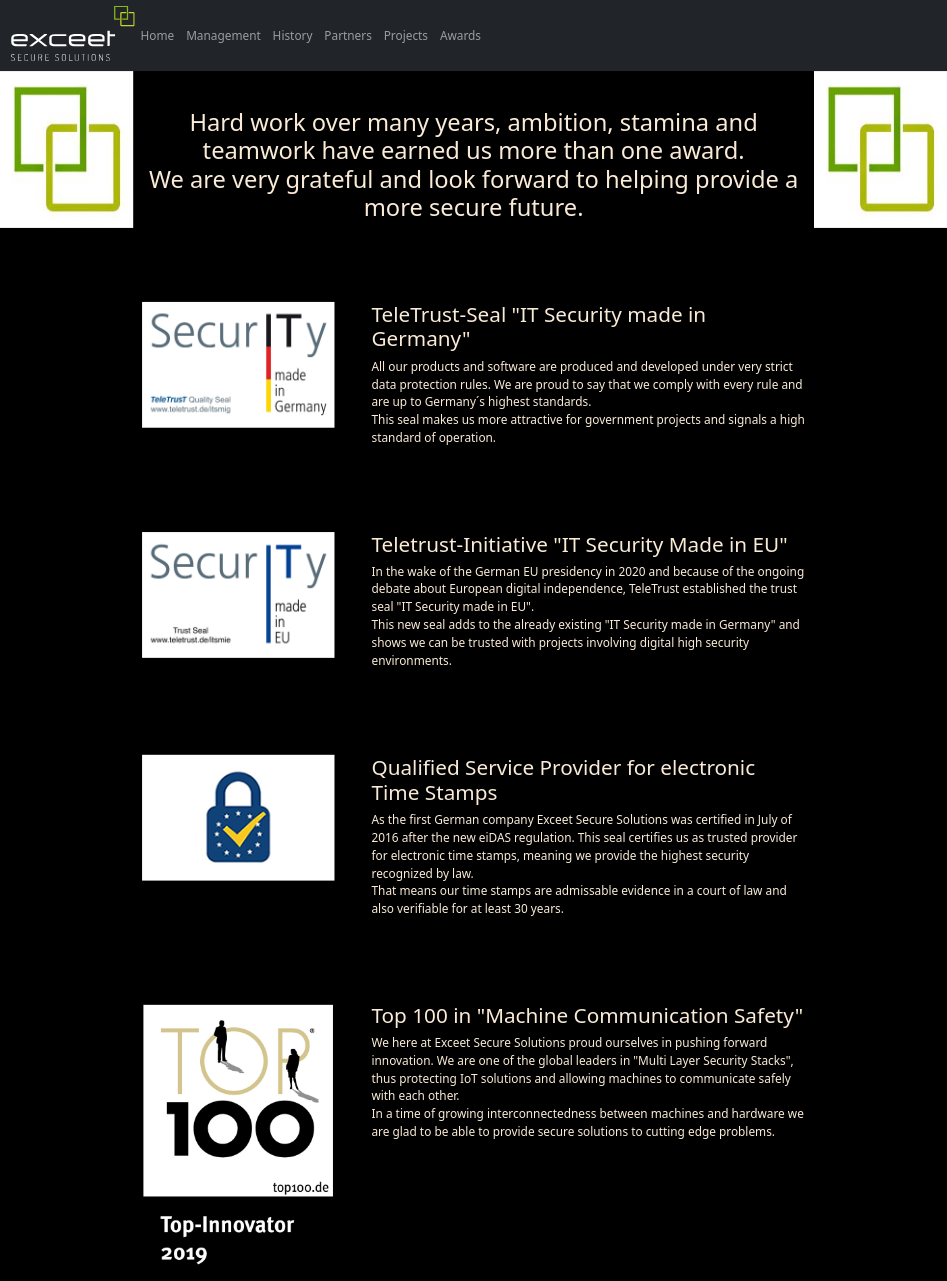
Repository: Hoooly2/EnglishProjectWebsite
Page: Exceet-Website/certificationsAwards.html
The author's editor kept a copy of each file at every save. The page is drawn from the files as they stood at one save, then again after the next save.
The browser window is 1280 px wide. The pictures show the whole page, at 74% of full size.

Above is the page before, as saved 2021-10-24 00:03:20.

### Exceet-Website/certificationsAwards.html
<!DOCTYPE html>
<html lang="en">
<head>
    <meta charset="UTF-8">
    <meta http-equiv="X-UA-Compatible" content="IE=edge">
    <meta name="viewport" content="width=device-width, initial-scale=1.0">
    <title>exceet secure solutions</title>

    <link href="https://cdn.jsdelivr.net/npm/bootstrap@5.1.1/dist/css/bootstrap.min.css" rel="stylesheet" integrity="sha384-F3w7mX95PdgyTmZZMECAngseQB83DfGTowi0iMjiWaeVhAn4FJkqJByhZMI3AhiU" crossorigin="anonymous">
    <script src="https://cdn.jsdelivr.net/npm/bootstrap@5.1.1/dist/js/bootstrap.bundle.min.js" integrity="sha384-/bQdsTh/da6pkI1MST/rWKFNjaCP5gBSY4sEBT38Q/9RBh9AH40zEOg7Hlq2THRZ" crossorigin="anonymous"></script>
    <link rel="stylesheet" href="styles.css">
</head>
<body>
  <nav class="navbar navbar-expand-lg navbar-dark bg-dark">
      <div class="container-fluid ">
          <img src="logo.svg" class="logo logo-light" alt="exceet Group" style="height: 80px;">
        </button>
        <div class="collapse navbar-collapse" id="navbarScroll">
          <ul class="navbar-nav me-auto my-2 my-lg-0 navbar-nav-scroll" style="--bs-scroll-height: 100px;">
            <li class="nav-item">
              <a class="nav-link" aria-current="page" href="index.html">Home</a>
            </li>

            <li class="nav-item">
              <a class="nav-link" aria-current="page" href="management.html">Management</a>
            </li>

            <li class="nav-item">
              <a class="nav-link" aria-current="page" href="history.html">History</a>
            </li>

            <li class="nav-item">
              <a class="nav-link" aria-current="page" href="partner.html">Partners</a>
            </li>

            <li class="nav-item active">
              <a class="nav-link" aria-current="page" href="projects.html">Projects</a>
            </li>

            <li class="nav-item">
              <a class="nav-link" aria-current="page" href="certificationsAwards.html">Awards</a>
            </li>
          </ul>
      </div>
    </nav>

    <div>
      <div id="awardsHeader" style="display: flex;">
        <img src="./certificateAssets/exceet-logo.png" alt="Exceet-Logo">
        <h2 style="color: antiquewhite; margin-top: 50px; margin-left: 1%; margin-right: 1%; text-align: center;">
          Hard work over many years, ambition, stamina and teamwork have earned us more than one award. <br>
          We are very grateful and look forward to helping provide a more secure future.
        </h2>
        <img src="./certificateAssets/exceet-logo.png" alt="Exceet-Logo">
      </div>
      <div id="certificateWrapper" style="margin-left: 15%; margin-right: 15%;margin-top: 100px;">
        <div id="qualityCertificate" style="display: flex;">
          <div id="certificateImage">
            <img src="./certificateAssets/GermanSecuritySeal.jpg" alt="German Security Seal" style="height: 170px; width: 260px;">
          </div>
          <div id="certificateTextWrapper" style="margin-left:50px;">
            <h3 id="certificateHeader" class="certificateHeader">TeleTrust-Seal "IT Security made in Germany"</h3>
            <p id="certificateText" class="certificateText">
              All our products and software are produced and developed under very strict data protection rules. We are proud
              to say that we comply with every rule and are up to Germany´s highest standards. <br>
              This seal makes us more attractive for government projects and signals a high standard of operation.
            </p>
          </div>
        </div>

        <div id="teletrustCertificate" style="display: flex; margin-top: 100px;">
          <div id="certificateImage">
            <img src="./certificateAssets/IT_Sec_EU_logo.jpg" alt="German Security Seal" style="height: 170px; width: 260px;">
          </div>
          <div id="certificateTextWrapper" style="margin-left:50px;">
            <h3 id="certificateHeader" class="certificateHeader">Teletrust-Initiative "IT Security Made in EU"</h3>
            <p id="certificateText" class="certificateText">
              In the wake of the German EU presidency in 2020 and because of the ongoing debate about European digital
              independence, TeleTrust established the trust seal "IT Security made in EU". <br>
              This new seal adds to the already existing "IT Security made in Germany" and shows we can be trusted with
              projects involving digital high security environments.
            </p>
          </div>
        </div>

        <div id="qualifiedCertificate" style="display: flex; margin-top: 100px;">
          <div id="certificateImage">
            <img src="./certificateAssets/eu_trustmark_logo_quer_204x136.jpg" alt="German Security Seal" style="height: 170px; width: 260px;">
          </div>
          <div id="certificateTextWrapper" style="margin-left:50px;">
            <h3 id="certificateHeader" class="certificateHeader">Qualified Service Provider for electronic Time Stamps</h3>
            <p id="certificateText" class="certificateText">
              As the first German company Exceet Secure Solutions was certified in July of 2016 after the new eiDAS regulation.
              This seal certifies us as trusted provider for electronic time stamps, meaning we provide the highest security recognized by law. <br>
              That means our time stamps are admissable evidence in a court of law and also verifiable for at least 30 years.
            </p>
          </div>
        </div>

        <div id="top100Certificate" style="display: flex; margin-top: 100px;">
          <div id="certificateImage">
            <img src="./certificateAssets/csm_T100_19_Member_102628750b.jpg" alt="German Security Seal" style="height: 375px; width: 260px;">
          </div>
          <div id="certificateTextWrapper" style="margin-left:50px;">
            <h3 id="certificateHeader" class="certificateHeader">Top 100 in "Machine Communication Safety"</h3>
            <p id="certificateText" class="certificateText">
              We here at Exceet Secure Solutions proud ourselves in pushing forward innovation. We are one of the global leaders in
              "Multi Layer Security Stacks", thus protecting IoT solutions and allowing machines to communicate safely with each other. <br>
              In a time of growing interconnectedness between machines and hardware we are glad to be able to provide secure solutions to cutting edge problems.
            </p>
          </div>
        </div>
      </div>
    </div>
</body>
</html>

### Exceet-Website/styles.css
body{
    background-color: black;
}

@media all and (min-width: 992px) {
	.navbar .nav-item .dropdown-menu{ display: none; }
	.navbar .nav-item:hover .nav-link{   }
	.navbar .nav-item:hover .dropdown-menu{ display: block; }
	.navbar .nav-item .dropdown-menu{ margin-top:0; }
}

.contrainer-fluid{
	margin-left: 40px;
	margin-right: 40px;
}

.partnerRow {
	display:flex;
}

.btn-primary {
	visibility: hidden;
}
.card {
	border-width: 6px;
}

.card:hover .btn-primary {
	visibility: visible;
}
.card:hover {
	border-color:yellow;
}
.certificateHeader {
	color: antiquewhite;
}

.certificateText {
	color:antiquewhite;
}

After the next save:
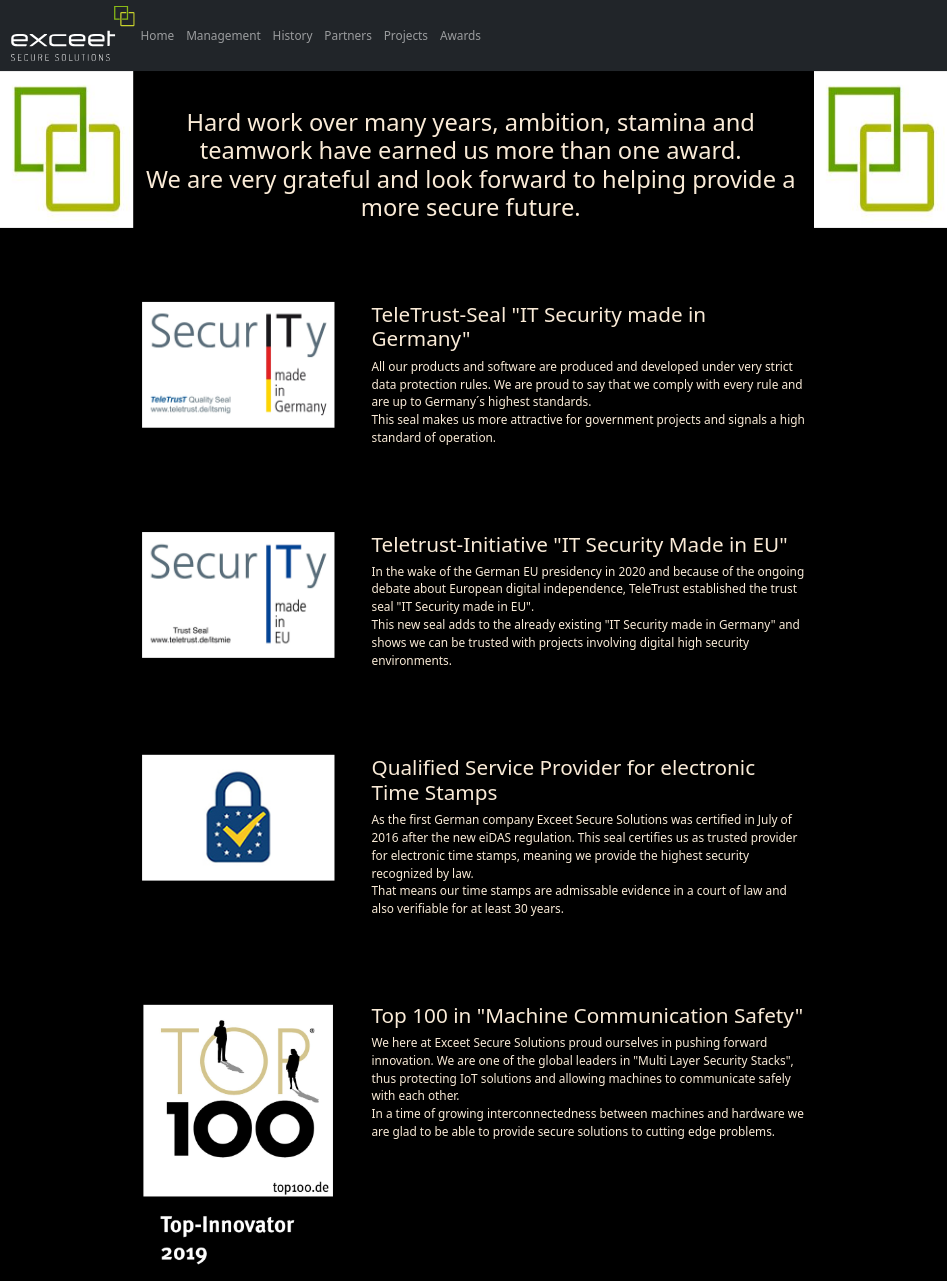
Saved 7 s later.
--- a/Exceet-Website/certificationsAwards.html
+++ b/Exceet-Website/certificationsAwards.html
@@ -47,7 +47,7 @@
     <div>
       <div id="awardsHeader" style="display: flex;">
         <img src="./certificateAssets/exceet-logo.png" alt="Exceet-Logo">
-        <h2 style="color: antiquewhite; margin-top: 50px; margin-left: 1%; margin-right: 1%; text-align: center;">
+        <h2 style="color: antiquewhite; margin-top: 50px; margin-left: 5px; margin-right: 1%; text-align: center;">
           Hard work over many years, ambition, stamina and teamwork have earned us more than one award. <br>
           We are very grateful and look forward to helping provide a more secure future.
         </h2>

After the save that followed:
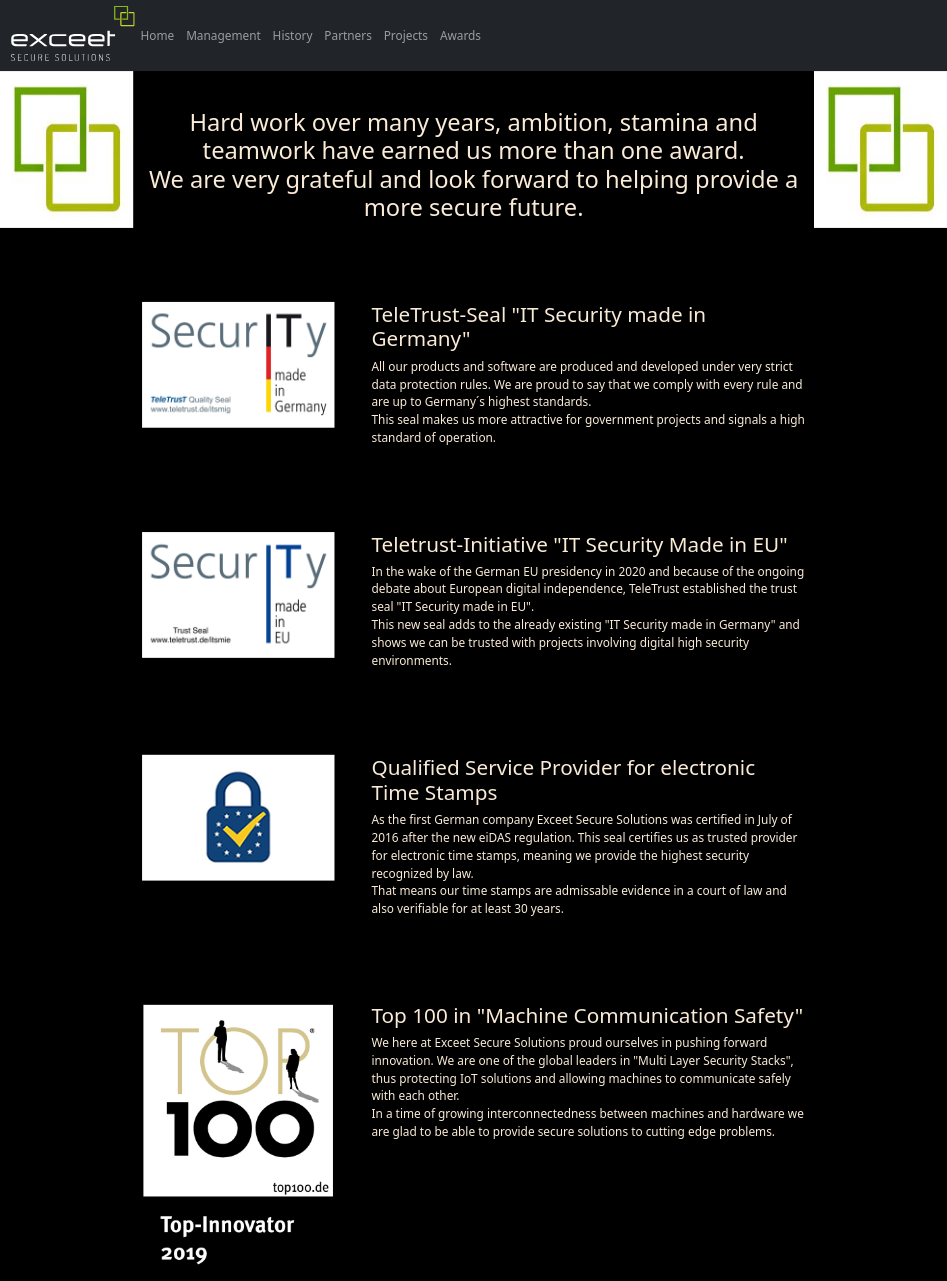
Saved 4 s later.
--- a/Exceet-Website/certificationsAwards.html
+++ b/Exceet-Website/certificationsAwards.html
@@ -47,7 +47,7 @@
     <div>
       <div id="awardsHeader" style="display: flex;">
         <img src="./certificateAssets/exceet-logo.png" alt="Exceet-Logo">
-        <h2 style="color: antiquewhite; margin-top: 50px; margin-left: 5px; margin-right: 1%; text-align: center;">
+        <h2 style="color: antiquewhite; margin-top: 50px; margin-left: 5px; margin-right: 5px; text-align: center;">
           Hard work over many years, ambition, stamina and teamwork have earned us more than one award. <br>
           We are very grateful and look forward to helping provide a more secure future.
         </h2>
